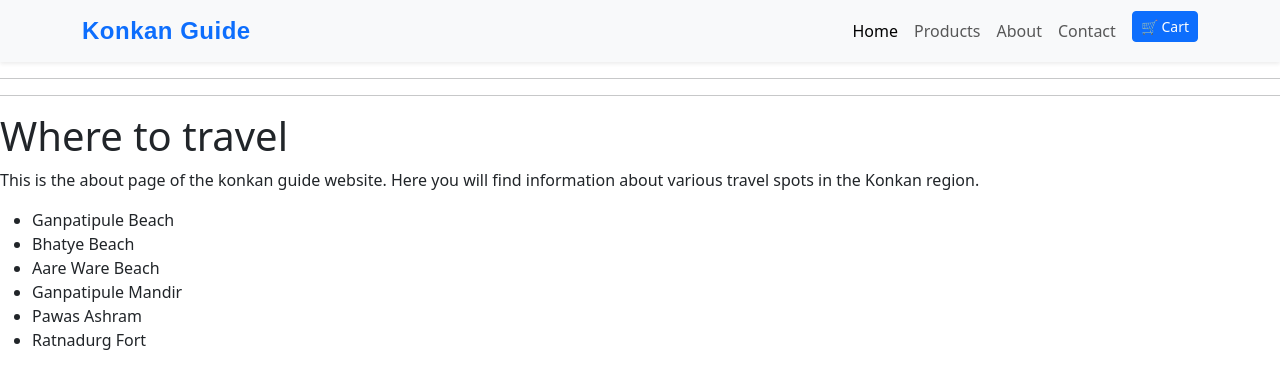
Repository: Indranil-sawant/konkan
Page: http://localhost/about/
The author's editor kept a copy of each file at every save. The page is drawn from the files as they stood at one save, then again after the next save.
The browser window is 1280 px wide. The pictures show the whole page.
The page is served by the project's application, run on Django 5.2 (manage.py). Other server files are loaded and not shown.

Above is the page before, as saved 2025-11-13 15:26:03.

### food/templates/food/about.html
<!DOCTYPE html>
<!--[if lt IE 7]>      <html class="no-js lt-ie9 lt-ie8 lt-ie7"> <![endif]-->
<!--[if IE 7]>         <html class="no-js lt-ie9 lt-ie8"> <![endif]-->
<!--[if IE 8]>         <html class="no-js lt-ie9"> <![endif]-->
<!--[if gt IE 8]>      <html class="no-js"> <!--<![endif]-->
<html>
    <head>
        <meta charset="utf-8">
        <meta http-equiv="X-UA-Compatible" content="IE=edge">
        <title>second page</title>
        <meta name="description" content="">
        <meta name="viewport" content="width=device-width, initial-scale=1">
        <link rel="stylesheet" href="">
    </head>
    {% include "navbar.html" %}
    <body>
       <h1>Where to travel</h1>
         <p> This is the about page of the konkan guide website. Here you will find information about various travel spots in the Konkan region.</p>


{% block content %}
            <ul>
                {% for spot in spots %}
                <li>{{ spot.name }}</li>
                {% endfor %}
            </ul>
 {% endblock content %}
        <script src="" async defer></script>
    </body>
</html>

### templates/navbar.html
<link href="https://cdn.jsdelivr.net/npm/bootstrap@5.3.3/dist/css/bootstrap.min.css" rel="stylesheet">
<script src="https://cdn.jsdelivr.net/npm/bootstrap@5.3.3/dist/js/bootstrap.bundle.min.js"></script>


<!-- Navbar Start -->
<!-- Navbar Start -->
<nav class="navbar navbar-expand-lg navbar-light bg-light shadow-sm">
  <div class="container">
    <!-- Brand -->
    <a class="navbar-brand fw-bold text-primary" href="#">
      Konkan Guide
    </a>

    <!-- Mobile toggle -->
    <button class="navbar-toggler" type="button" data-bs-toggle="collapse" data-bs-target="#navbarNav"
      aria-controls="navbarNav" aria-expanded="false" aria-label="Toggle navigation">
      <span class="navbar-toggler-icon"></span>
    </button>

    <!-- Nav links -->
    <div class="collapse navbar-collapse justify-content-end" id="navbarNav">
      <ul class="navbar-nav mb-2 mb-lg-0">
        <li class="nav-item">
          <a class="nav-link active" href="#">Home</a>
        </li>
        <li class="nav-item">
          <a class="nav-link" href="#">Products</a>
        </li>
        <li class="nav-item">
          <a class="nav-link" href="#">About</a>
        </li>
        <li class="nav-item">
          <a class="nav-link" href="#">Contact</a>
        </li>
        <li class="nav-item">
          <a class="btn btn-primary btn-sm ms-2" href="#">🛒 Cart</a>
        </li>
      </ul>
    </div>
  </div>
</nav>
<!-- Navbar End -->

<!-- Navbar End -->
<hr>
<hr>

<style>
    .navbar-brand {
  font-family: 'Poppins', sans-serif;
  font-size: 1.5rem;
  letter-spacing: 0.5px;
}

.nav-link {
  font-weight: 500;
  transition: color 0.3s;
}

.nav-link:hover,
.nav-link.active {
  color: #007bff;
}
</style>

### food/views.py

from django.shortcuts import render
from django.http import HttpResponse
from .data.spots import foods, spots
# Create your views here.



context = {
        'foods': foods,
        'spots': spots
    }

def home(request):
    return render(request, 'food/index.html', context)

def home2(request):
    return render(request, 'food/about.html', {"spots":spots})

def home3(request ,pk):
    item = None
    for i in spots:
        if str(i['id']) == pk:
            item = i
            break
    return render(request, 'food/details.html', {"spot":item})

### konkan_guide/urls.py
"""
URL configuration for konkan_guide project.

The `urlpatterns` list routes URLs to views. For more information please see:
    https://docs.djangoproject.com/en/5.2/topics/http/urls/
Examples:
Function views
    1. Add an import:  from my_app import views
    2. Add a URL to urlpatterns:  path('', views.home, name='home')
Class-based views
    1. Add an import:  from other_app.views import Home
    2. Add a URL to urlpatterns:  path('', Home.as_view(), name='home')
Including another URLconf
    1. Import the include() function: from django.urls import include, path
    2. Add a URL to urlpatterns:  path('blog/', include('blog.urls'))
"""
from django.contrib import admin
from django.urls import path , include
from food.views import home , home2
urlpatterns = [
    path('admin/', admin.site.urls),
    path('', include('food.urls')),
]

### food/urls.py
from django.urls import path
from . import views
urlpatterns = [
    path('', views.home, name='home'),
    path('about/', views.home2, name='about'),
    path('details/<str:pk>/', views.home3, name='details'),
]   # URL patterns for food app

### food/data/spots.py
foods = {
        "Seafood": [
            "Bangda Fry",
            "Pomfret Fry",
            "Prawns Sukka",
            "Bombil Fry",
        ],
        "Veg Dishes": [
            "Solkadhi",
            "Alu Vadi",
            "Konkani Dal",
        ],
        "Rice & Bread": [
            "Ghavan",
            "Amboli",
            "Varan Bhaat",
        ],
    }

spots = [
    {"id": 1, "name": "Ganpatipule Beach", "category": "Beaches", "distance": 25, "rate": "Free"},
    {"id": 2, "name": "Bhatye Beach", "category": "Beaches", "distance": 2, "rate": "Free"},
    {"id": 3, "name": "Aare Ware Beach", "category": "Beaches", "distance": 10, "rate": "Free"},

    {"id": 4, "name": "Ganpatipule Mandir", "category": "Temples", "distance": 25, "rate": "Free"},
    {"id": 5, "name": "Pawas Ashram", "category": "Temples", "distance": 18, "rate": "Free"},

    {"id": 6, "name": "Ratnadurg Fort", "category": "Historical", "distance": 3, "rate": "Free"},
]

After the next save:
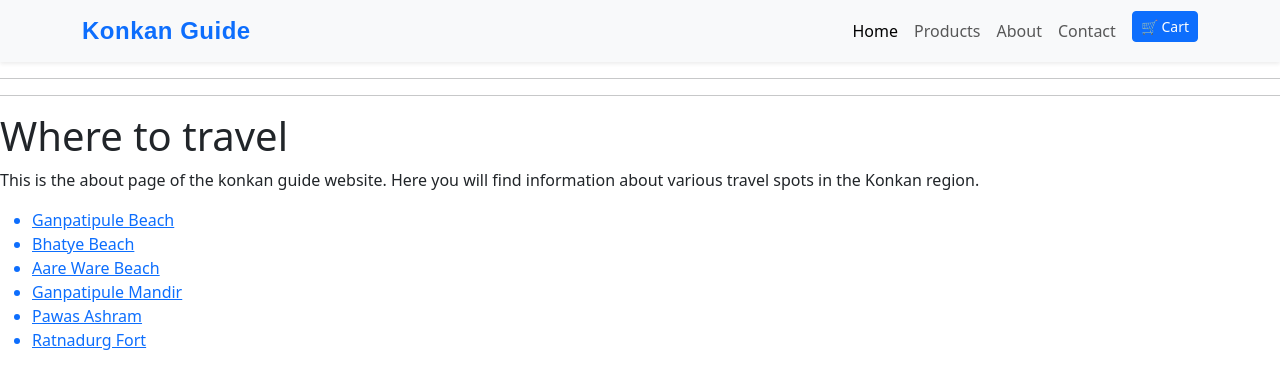
Saved 54 s later.
--- a/food/templates/food/about.html
+++ b/food/templates/food/about.html
@@ -21,7 +21,8 @@
 {% block content %}
             <ul>
                 {% for spot in spots %}
-                <li>{{ spot.name }}</li>
+
+                <a href="food/details/{{ spot.id }}"><li>{{ spot.name }}</li></a>
                 {% endfor %}
             </ul>
  {% endblock content %}
